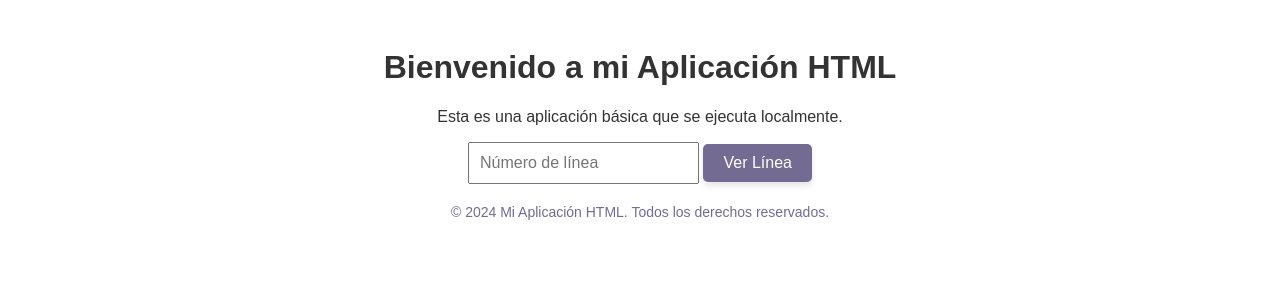
Repository: cflorido/Front_T3
Page: index.html
These files come from the project's save history. The page is drawn as it stood at one moment and after the next save; the edit follows.
The browser window is 1280 px wide. The pictures show the whole page.

Above is the page before, as saved 2024-10-22 18:53:09.

After the next save:
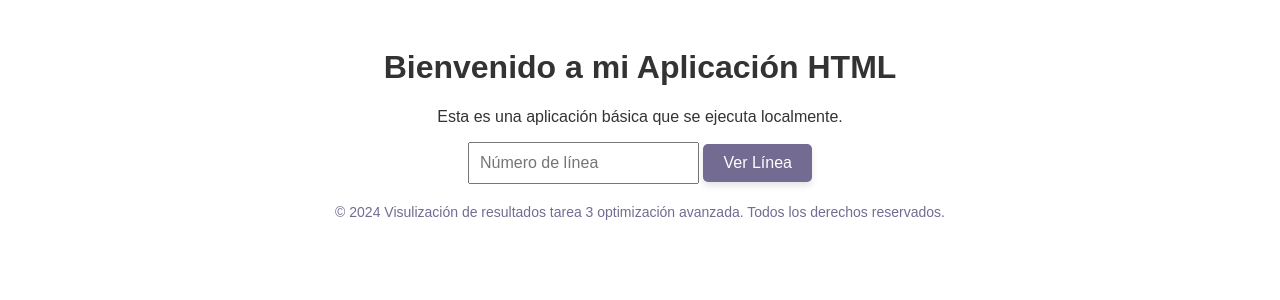
Saved 54 s later.
--- a/index.html
+++ b/index.html
@@ -79,7 +79,7 @@
     <div id="contenido"></div>
 
     <div class="footer">
-        <p>&copy; 2024 Mi Aplicación HTML. Todos los derechos reservados.</p>
+        <p>&copy; 2024 Visulización de resultados tarea 3 optimización avanzada. Todos los derechos reservados.</p>
     </div>
 
     <script>
